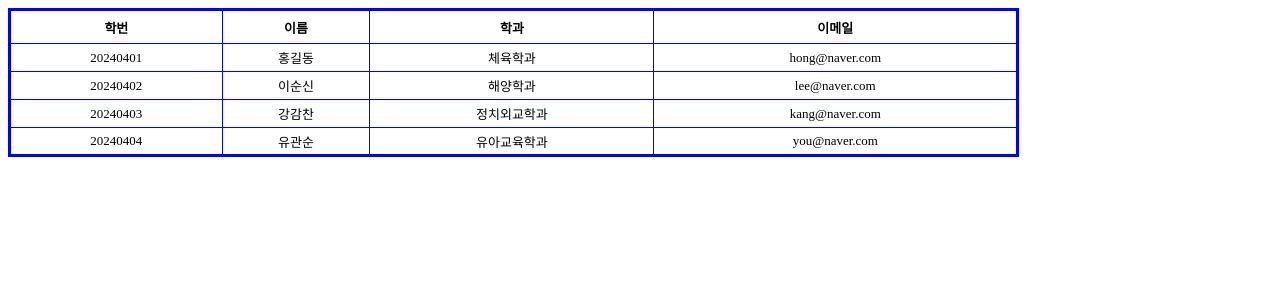
Repository: bbseok97/HTML
Page: HTML/src/main/webapp/table_css.html
These files come from the project's save history. The page is drawn as it stood at one moment and after the next save; the edit follows.
The browser window is 1280 px wide. The pictures show the whole page.

Above is the page before, as saved 2024-04-04 06:11:28.

### HTML/src/main/webapp/table_css.html
<!DOCTYPE html>
<html>
	<!-- 태그에 CSS 적용방법 3가지
		1. 태그에 직접 지정하는 방법 : style 속성	=> 지정된 태그에만 적용
		2. head에 지정하는 방법 : <style> 태그 사용	=> 그 웹 페이지에만 적용
		3. 외부 CSS파일을 지정하는 방법 : link 태그로 외부 CSS 파일을 지정		=> 연결한 모든 페이지 적용
	-->
	<head>
		<meta charset="UTF-8">
		<title>id/class 선택자로 표꾸미기</title>
		<style type="text/css">
			table {							/* 태그 선택자 사용 */
				border-collapse: collapse;	/* 중복 테두리 제거 collapse */
				border: 3px solid blue;		/* border(태그 외곽) 처리 : 두께, 선 타입, 색상 */
				width: 80%;					/* 폭 설정 */
				text-align: center;			/* 글자 정렬 */
			}
			tr{
				height: 28px;				/* 높이 설정*/
				font-size: 13px;			/* 글 사이즈 설정*/
			}
			tr:hover {						/* 마우스 커서가 위에 있을 때 */
				color: white;				/* 글 색상 */
				font-weight: bold;
				background-color: #00ccff;	/* 배경색 설정 */
				cursor: pointer;			/* 커서 타입 지정 */
			}
			th{
				height: 30px;
				font-weight: border;		/* 글자 두꼐 */
			}
		</style>

	</head>
	<body>
		<table border="1" id="tab">
		 	<tr>	<!-- 1행 -표 헤더, 항목(제목) -->
				<th id="id">학번</th>	<!-- th 제목열 -->
				<th id="name">이름</th>
				<th id="major">학과</th>
				<th id="email">이메일</th>
		 	</tr>
			<tr>	<!-- 2행 -->
				<td>20240401</td>
				<td>홍길동</td>
				<td>체육학과</td>
				<td>hong@naver.com</td>
		 	</tr>
		 	<tr>	<!-- 3행 -->
		 		<td>20240402</td>
				<td>이순신</td>
				<td>해양학과</td>
				<td>lee@naver.com</td>
		 	</tr>
		 	<tr>	<!-- 4행 -->
		 		<td>20240403</td>
				<td>강감찬</td>
				<td>정치외교학과</td>
				<td>kang@naver.com</td>
		 	</tr>
		 	<tr>	<!-- 5행 -->
		 		<td>20240404</td>
				<td>유관순</td>
				<td>유아교육학과</td>
				<td>you@naver.com</td>
		 	</tr>

		</table>
	</body>
</html>

After the next save:
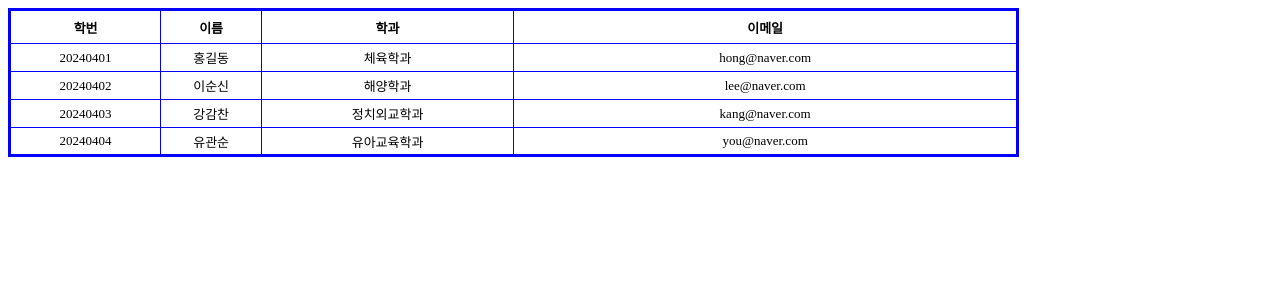
Saved 2 min 28 s later.
--- a/HTML/src/main/webapp/table_css.html
+++ b/HTML/src/main/webapp/table_css.html
@@ -29,6 +29,11 @@
 				height: 30px;
 				font-weight: border;		/* 글자 두꼐 */
 			}
+			/* CSS 선택자 중에 id속성은 "#"으로 표시*/
+			#id { width: 15%; }
+			#name{ width: 10%; }
+			#major{ width: 25%; }
+			#email{ width: 50%; }
 		</style>
 
 	</head>
